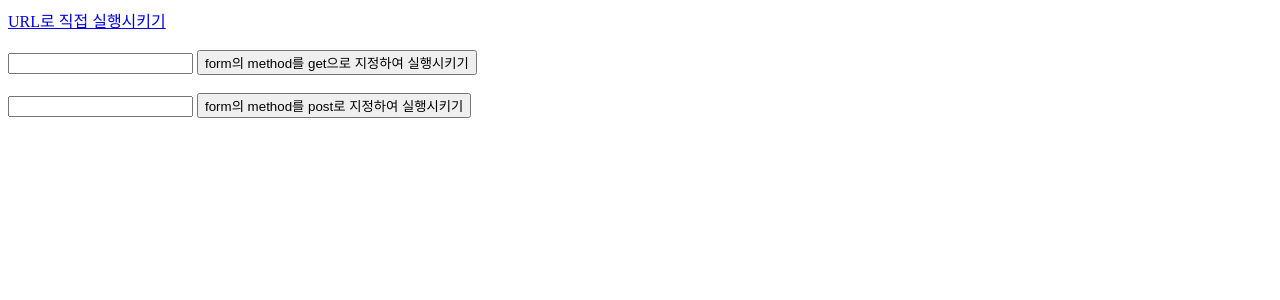
Repository: Minseo-Gang/JSPprogramming
Page: HelloJSP/src/main/webapp/servlet_test.html
An editor plug-in stored every save of this project. The page is shown before and after the next save, followed by the edit.
The browser window is 1280 px wide. The pictures show the whole page.

Above is the page before, as saved 2021-09-03 11:13:28.

### HelloJSP/src/main/webapp/servlet_test.html
<!DOCTYPE html>
<html>
<head>
<meta charset="UTF-8">
<title>Insert title here</title>
</head>
<body>
	<a href="http://localhost:8080/HelloJSP/HelloServlet">URL로 직접 실행시키기</a>
	<br>
	<br>
	<form action="HelloServlet" method="get">
		<input type="text" name="name"/>
		<input type="submit" value="form의 method를 get으로 지정하여 실행시키기" />
	</form>
	<br>
	<form action="HelloServlet" method="post">
		<input type="text" name="name" />
		<input type="submit" value="form의 method를 post로 지정하여 실행시키기" />
	</form>
</body>
</html>

After the next save:
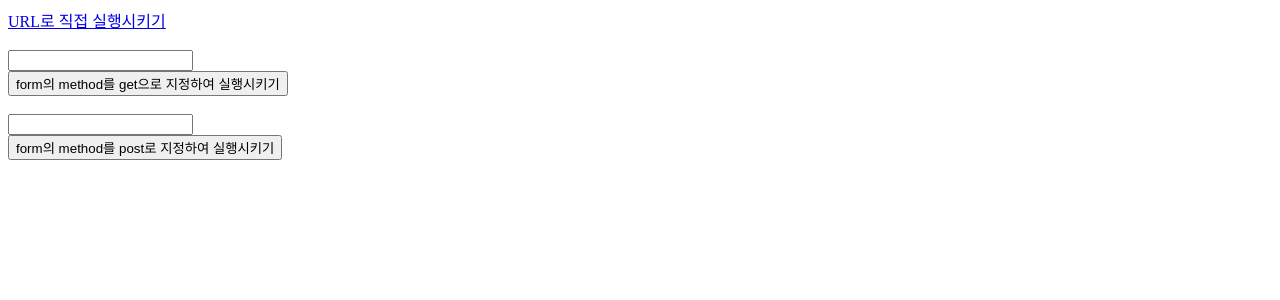
Saved 44 s later.
--- a/HelloJSP/src/main/webapp/servlet_test.html
+++ b/HelloJSP/src/main/webapp/servlet_test.html
@@ -9,12 +9,12 @@
 	<br>
 	<br>
 	<form action="HelloServlet" method="get">
-		<input type="text" name="name"/>
+		<input type="text" name="name"/><br>
 		<input type="submit" value="form의 method를 get으로 지정하여 실행시키기" />
 	</form>
 	<br>
 	<form action="HelloServlet" method="post">
-		<input type="text" name="name" />
+		<input type="text" name="name" /><br>
 		<input type="submit" value="form의 method를 post로 지정하여 실행시키기" />
 	</form>
 </body>
